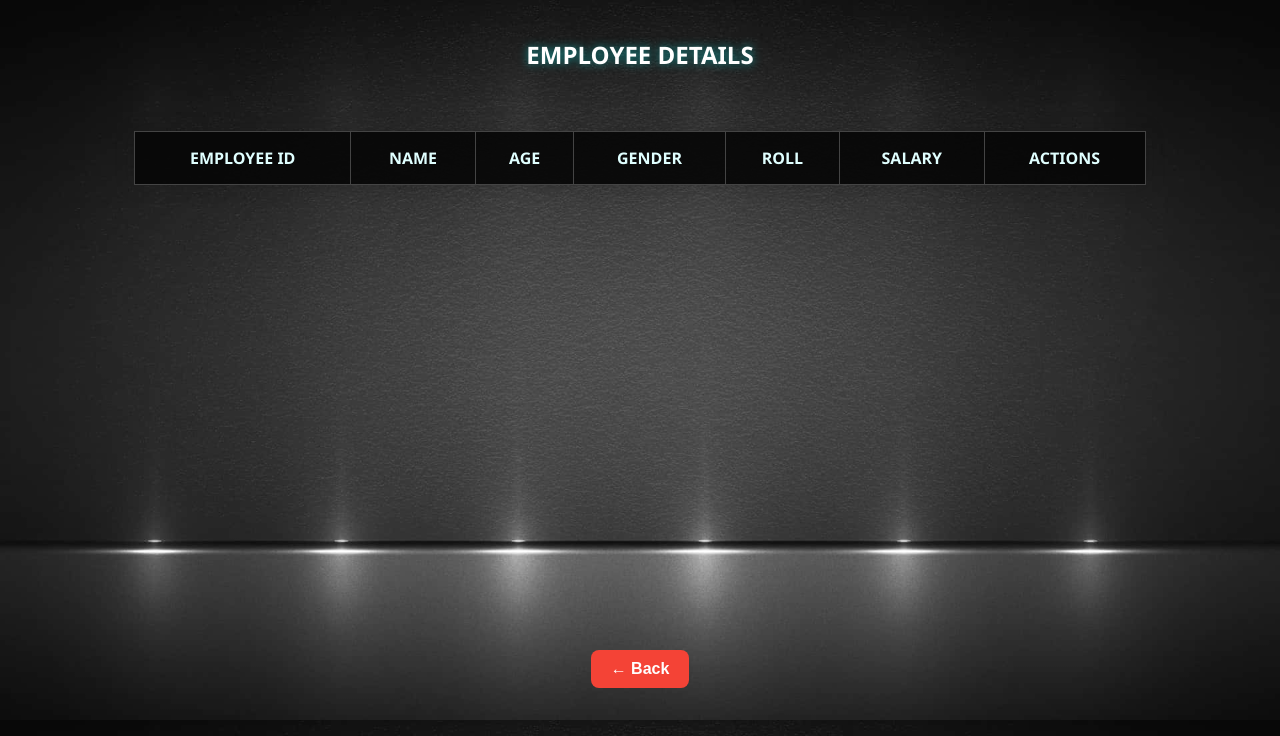
Repository: siva-shankar-2004/EmployeeManagementSystem
Page: src/main/resources/static/modifyemployeedetails.html
These files come from the project's save history. The page is drawn as it stood at one moment and after the next save; the edit follows.
The browser window is 1280 px wide. The pictures show the whole page.
The page's requests for data from a server got no answer. Backgrounds fixed to the window are drawn as part of the page.

Above is the page before, as saved 2025-04-06 11:28:03.

### src/main/resources/static/modifyemployeedetails.html
<!DOCTYPE html>
<html lang="en">
<head>
  <title>EMPLOYEE DETAILS</title>
  <script type="text/javascript" src="accemp.js"></script>
  <style>
    body {
      background-image: url('ogbackground.jpg');
      background-size: cover;
      background-repeat: no-repeat;
      background-attachment: fixed;
      font-family: 'Segoe UI', Tahoma, Geneva, Verdana, sans-serif;
      color: #f5f5f5;
      text-align: center;
      min-height: 100vh;
      display: flex;
      flex-direction: column;
    }

    h2 {
      margin-top: 30px;
      color: #ffffff;
      text-shadow: 0 0 10px rgba(0, 255, 255, 0.5);
    }

    table {
      margin: 40px auto 20px auto;
      width: 80%;
      border-collapse: collapse;
      background-color: rgba(48, 48, 48, 0.6);
      box-shadow: 0 0 20px rgba(20, 20, 20, 0.2);
    }

    th, td {
      border: 1px solid #444;
      padding: 15px;
      color: #e0ffff;
    }

    th {
      background-color: rgba(0, 0, 0, 0.8);
    }

    tr:nth-child(even) {
      background-color: rgba(255, 255, 255, 0.05);
    }

    button {
      padding: 10px 20px;
      border: none;
      border-radius: 8px;
      cursor: pointer;
      font-weight: bold;
      font-size: 16px;
      transition: background-color 0.3s ease;
      margin: 10px;
    }

    .edit-btn {
      background-color: #00bcd4;
      color: #fff;
    }

    .edit-btn:hover {
      background-color: #16e4ff;
    }

    .delete-btn {
      background-color: #3665f4;
      color: #fff;
    }

    .delete-btn:hover {
      background-color: #2884c6;
    }

    .footer-buttons {
      margin-top: auto;
      padding: 30px 0;
    }

    .add-btn {
      background-color: #4CAF50;
      color: white;
    }

    .add-btn:hover {
      background-color: #45a049;
    }

    .back-btn {
      background-color: #f44336;
      color: white;
    }

    .back-btn:hover {
      background-color: #e53935;
    }
  </style>
</head>
<body>
  <h2>EMPLOYEE DETAILS</h2>

  <table border="1">
    <thead>
      <tr>
        <th>EMPLOYEE ID</th>
        <th>NAME</th>
        <th>AGE</th>
        <th>GENDER</th>
        <th>ROLL</th>
        <th>SALARY</th>
        <th>ACTIONS</th>
      </tr>
    </thead>
    <tbody id="employeeDetails"></tbody>
  </table>

  <div class="footer-buttons">
    <button class="back-btn" onclick="window.location.href='index.html'">← Back</button>

  </div>

  <script type="text/javascript">
    window.onload = function() {
      showemployee();
    };
  </script>
</body>
</html>

### src/main/resources/static/accemp.js
function showemployee() {
    fetch("http://localhost:8080/employees")
        .then((response) => response.json())
        .then((employees) => {
            const dataTable = document.getElementById("employeeDetails");
            dataTable.innerHTML = ""; // Clear previous data

            employees.forEach(employee => {
                const row = `
                    <tr>
                        <td>${employee.id}</td>
                        <td><input type="text" id="name-${employee.id}" value="${employee.name}"></td>
                        <td><input type="number" id="age-${employee.id}" value="${employee.age}"></td>
                        <td><input type="text" id="gender-${employee.id}" value="${employee.gender}"></td>
                        <td><input type="text" id="roll-${employee.id}" value="${employee.employeeroll}"></td>
                        <td><input type="text" id="salary-${employee.id}" value="${employee.salary}"></td>
                        <td>
                            <button class="edit-btn" onclick="updateEmployee('${employee.id}')">Update</button>
                            <button class="delete-btn" onclick="deleteEmployee('${employee.id}')">Delete</button>
                        </td>
                    </tr>`;
                dataTable.innerHTML += row;
            });
        })
        .catch(error => console.error('Error fetching employees:', error));
}

function updateEmployee(id) {
    const name = document.getElementById(`name-${id}`).value;
    const age = document.getElementById(`age-${id}`).value;
    const gender = document.getElementById(`gender-${id}`).value;
    const employeeroll = document.getElementById(`roll-${id}`).value;
    const salary = document.getElementById(`salary-${id}`).value;

    const params = new URLSearchParams({
        name,
        age,
        gender,
        employeeroll,
        salary
    });

    fetch(`http://localhost:8080/employees/${id}?${params.toString()}`, {
        method: 'PUT'
    })
    .then(response => {
        if (response.ok) {
            alert("Employee updated successfully!");
            showemployee();
        } else {
            alert("Failed to update employee.");
        }
    });
}

function deleteEmployee(id) {
    fetch(`http://localhost:8080/employees/${id}`, {
        method: 'DELETE'
    })
    .then(response => {
        if (response.ok) {
            alert("Employee deleted successfully!");
            showemployee();
        } else {
            alert("Failed to delete employee.");
        }
    });
}

function showemployeetask() {
    fetch("http://localhost:8080/employees/task")
        .then((response) => response.json())
        .then((tasks) => {
            const taskTable = document.getElementById("employeetask");
            taskTable.innerHTML = "";

            tasks.forEach(task => {
                const row = `
                    <tr>
                        <td>${task.employeeId}</td>
                        <td>${task.taskId}</td>
                        <td>${task.taskname}</td>
                        <td>${task.taskmanager}</td>
                        <td>${task.deadline}</td>
                    </tr>`;
                taskTable.innerHTML += row;
            });
        })
        .catch(error => console.error('Error fetching employee tasks:', error));
}

After the next save:
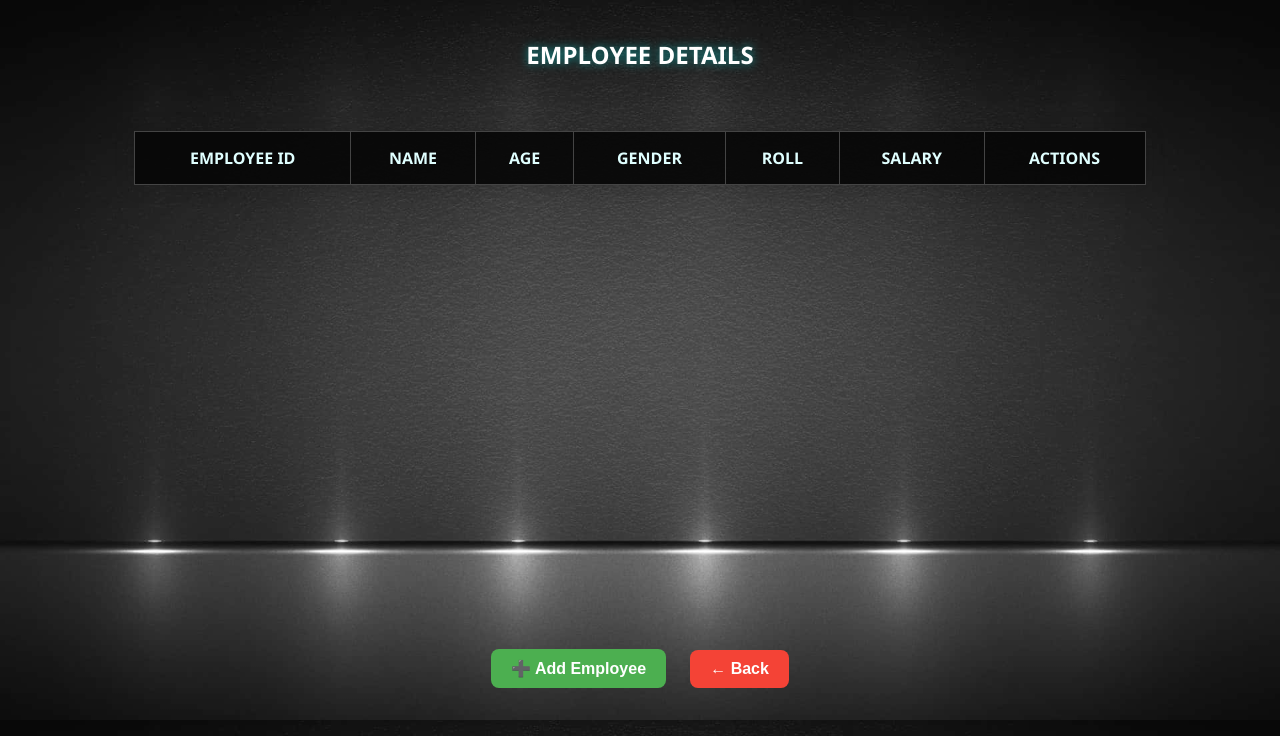
Saved 3 s later.
--- a/src/main/resources/static/modifyemployeedetails.html
+++ b/src/main/resources/static/modifyemployeedetails.html
@@ -117,6 +117,7 @@
   </table>
 
   <div class="footer-buttons">
+    <button class="add-btn" onclick="window.location.href='addemployee.html'">➕ Add Employee</button>
     <button class="back-btn" onclick="window.location.href='index.html'">← Back</button>
 
   </div>
